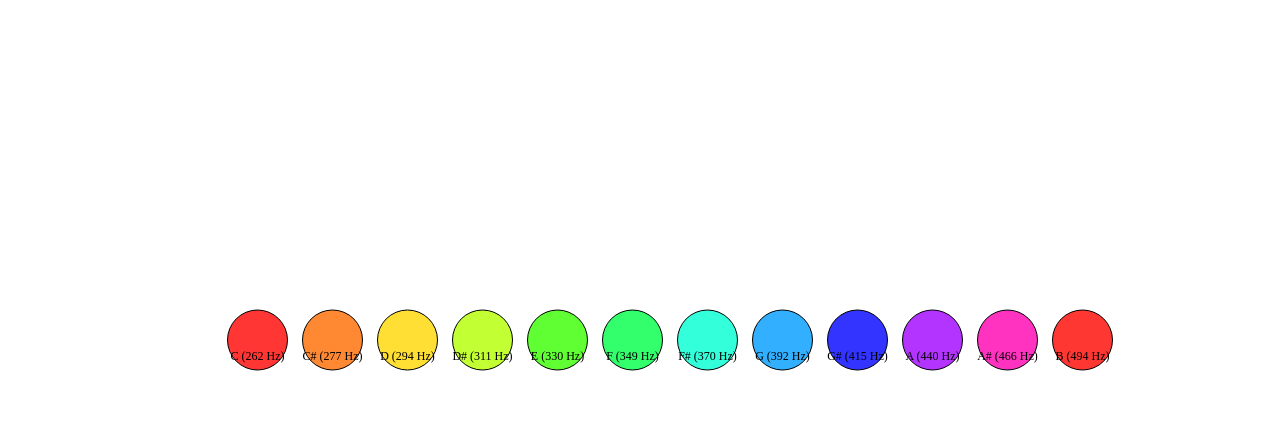
Repository: studiorichie/richielau.com
Page: assets/sound-to-color.html
The author's editor kept a copy of each file at every save. The page is drawn from the files as they stood at one save, then again after the next save.
The browser window is 1280 px wide. The pictures show the whole page.

Above is the page before, as saved 2024-11-06 19:51:47.

After the next save:
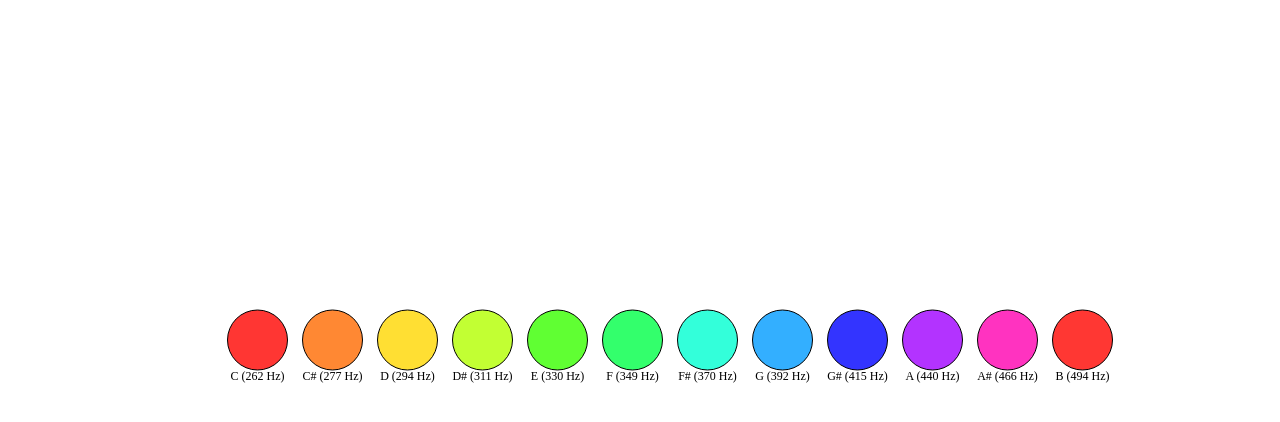
Saved 100 s later.
--- a/assets/sound-to-color.html
+++ b/assets/sound-to-color.html
@@ -200,7 +200,7 @@
             d3.select("#chart")
                 .selectAll(".label")
                 .attr("x", (d, i) => (i % circlesPerRow) * (circleRadius * 2 + padding) + circleRadius)
-                .attr("y", (d, i) => Math.floor(i / circlesPerRow) * (circleRadius * 2 + padding) + circleRadius + 20);
+                .attr("y", (d, i) => Math.floor(i / circlesPerRow) * (circleRadius * 2 + padding) + circleRadius + 40);
         }
 
         // Call adjustCircleLayout on page load and resize
